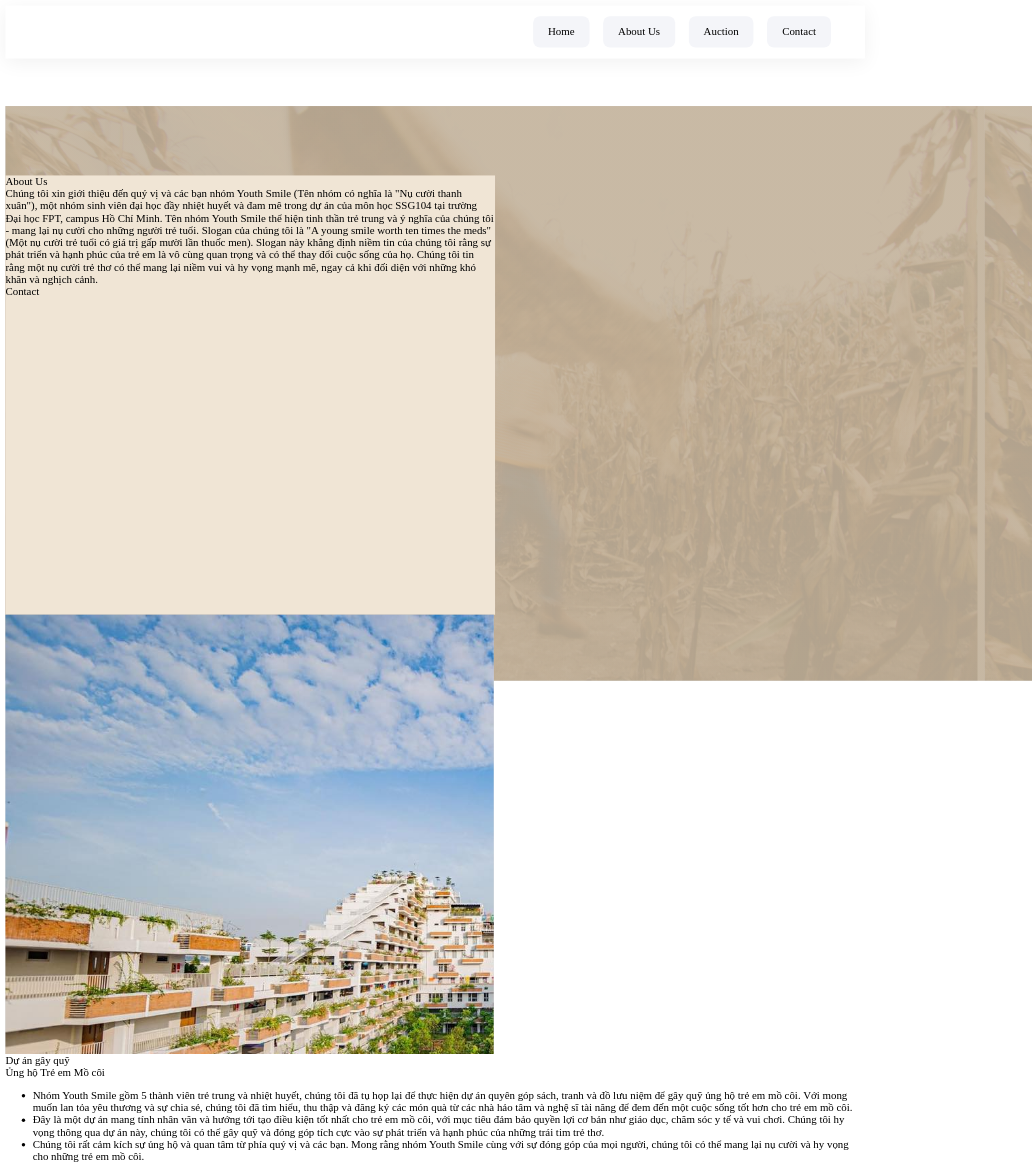
Repository: anatole24/Youth-Smile
Page: about.html
These files come from the project's save history. The page is drawn as it stood at one moment and after the next save; the edit follows.
The browser window is 1280 px wide. The page is 1518 px wide, so the pictures cover 1518 px, including what lies to the right of the window. The pictures show the whole page, at 68% of full size.
Some web fonts or font styles are not loaded; a fallback is used.

Above is the page before, as saved 2023-06-29 14:20:21.

After the next save:
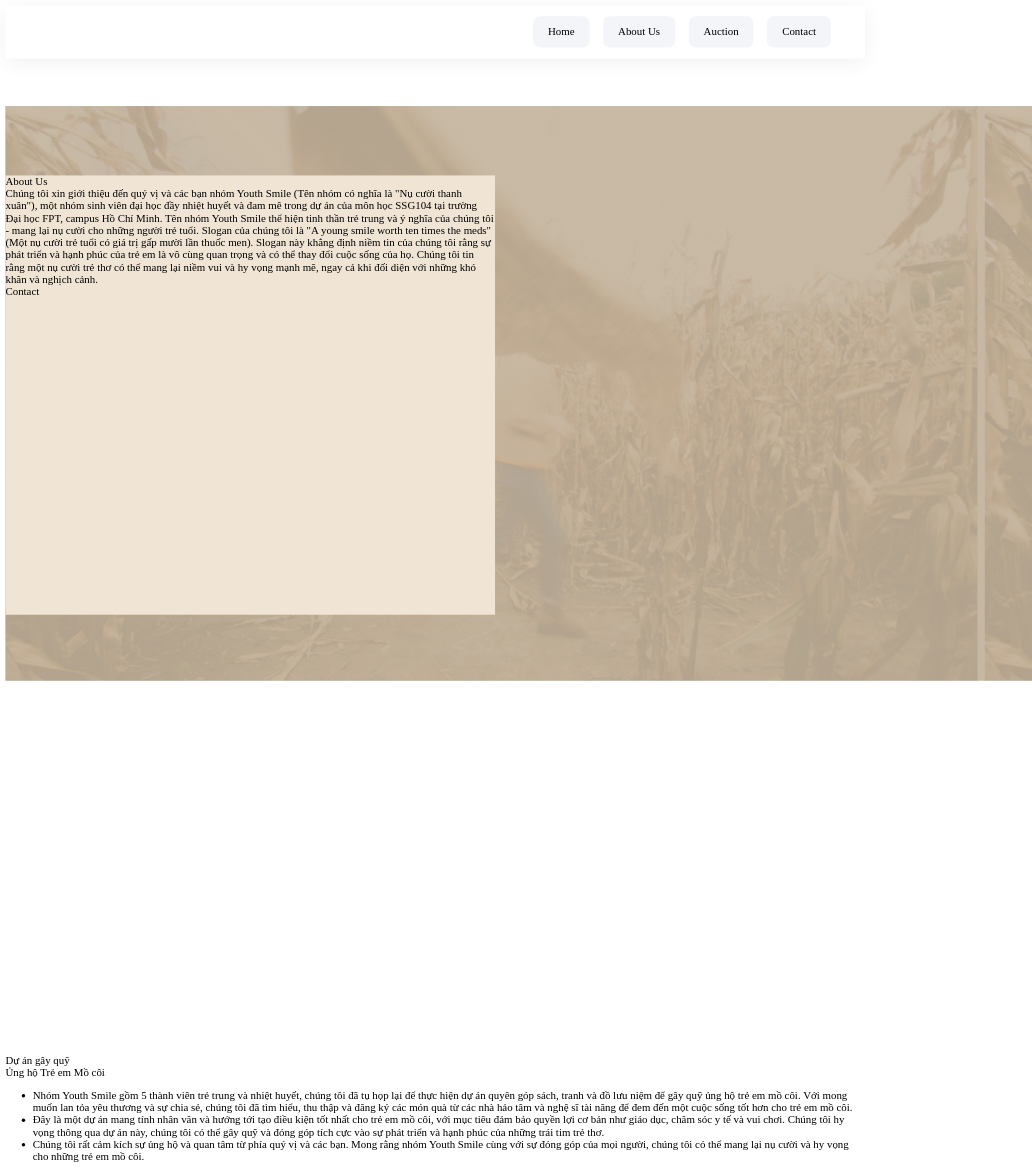
Saved 10 s later.
--- a/about.css
+++ b/about.css
@@ -24,5 +24,6 @@
   width: 718px;
   height: 646px;
   flex-shrink: 0;
-  background: url("./images/campus-fpt.jpeg"), lightgray 50% / cover no-repeat;
+  background: url("./images/campus-fpt.jpeg"),
+    lightgray 50% / cover center no-repeat;
 }

After the save that followed:
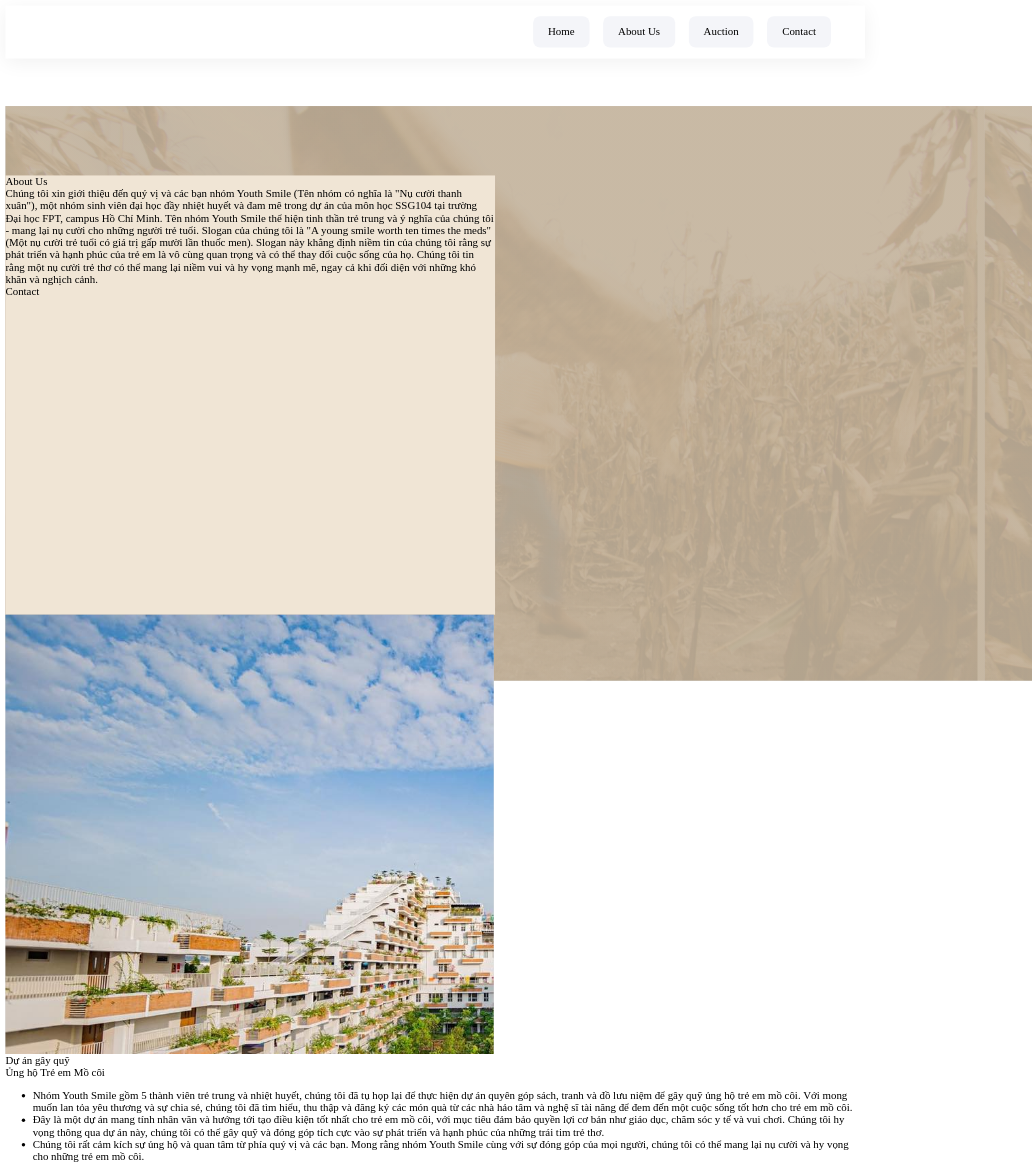
Saved 9 s later.
--- a/about.css
+++ b/about.css
@@ -24,6 +24,5 @@
   width: 718px;
   height: 646px;
   flex-shrink: 0;
-  background: url("./images/campus-fpt.jpeg"),
-    lightgray 50% / cover center no-repeat;
+  background: url("./images/campus-fpt.jpeg"), lightgray 50% / cover no-repeat;
 }
